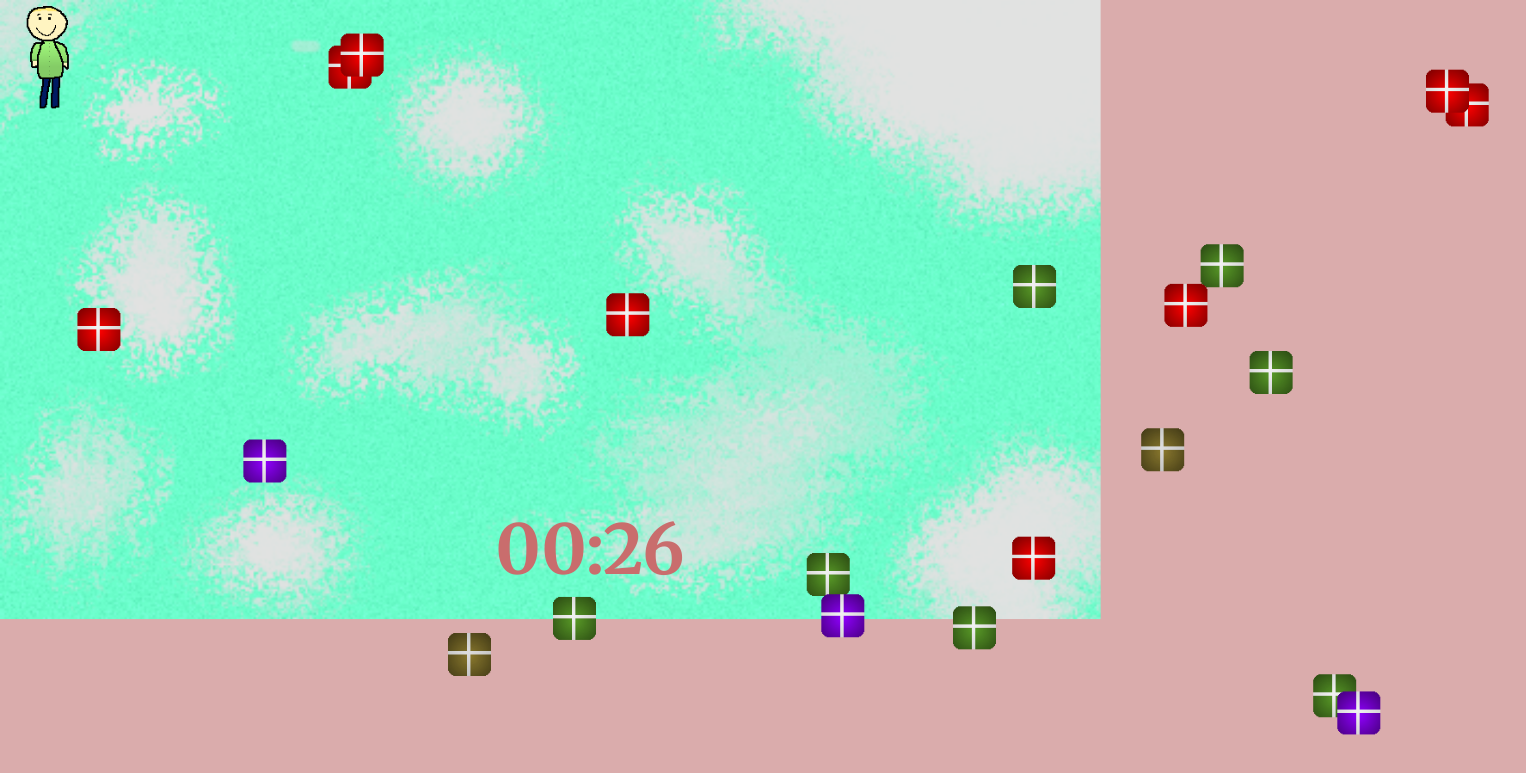
Repository: Evanechecssss/LoveTest
Page: game/level1.html
An editor plug-in stored every save of this project. The page is shown before and after the next save, followed by the edit.
The browser window is 1280 px wide. The page is 1774 px wide, so the pictures cover 1774 px, including what lies to the right of the window. The pictures show the whole page, at 86% of full size.

Above is the page before, as saved 2021-12-30 15:51:12.

### game/level1.html
<!DOCTYPE html>
<html lang="ru" dir="auto" prefix="og: http://ogp.me/ns#">

<head>
    <meta charset="utf-8">
    <script src="https://unpkg.com/konva@8.3.1/konva.min.js"></script>
    <script src="https://unpkg.com/gifler@0.1.0/gifler.min.js"></script>
    <title>Oshi game</title>
    <link rel="preconnect" href="https://fonts.googleapis.com">
    <link rel="preconnect" href="https://fonts.gstatic.com" crossorigin>
    <link
        href="https://fonts.googleapis.com/css2?family=Merriweather:ital,wght@0,300;0,400;0,700;0,900;1,300;1,400;1,700;1,900&display=swap"
        rel="stylesheet">
    <meta property="og:title" content="Окно игры" />
    <meta property="og:type" content="article" />
    <meta property="og:url" content="https://evanechecssss.github.io/LoveTest/game/level1.html" />
    <meta property="og:image" content="https://evanechecssss.github.io/assets/images/banner_logo.png" />
    <meta property="og:site_name" content="Oshi game" />
    <link rel="icon" href="./../assets/images/icon.png" type="image/png">
    <link rel="stylesheet" href="./../assets/css/game.css">
    <meta name="viewport" content="width=device-width, initial-scale=1.0">
    <meta http-equiv="X-UA-Compatible" content="ie=edge">

    <script>
        window.onload = function () {
            document.body.style.display = 'block';
        }
    </script>
</head>


<body>

    <h1 id="timer" class="timer">0:30</h1>

    <div class="canva" id="hero">

    </div>
    <div class="canva" id="presents">

    </div>
    <canvas class="canva" id="game" width="1920" height="1080"></canvas>

    <script type="application/javascript">
        /* Logic */
        var canvas = document.getElementById('game');

        var yPos = 5;
        var xPos = 10;
        var skins = ['./../assets/images/hero/hero.gif', './../assets/images/hero/hero_b.gif', './../assets/images/hero/hero_r.gif', './../assets/images/hero/hero_l.gif']
        var skins_static = ['./../assets/images/hero/hero.png', './../assets/images/hero/hero_b.png', './../assets/images/hero/hero_r.png', './../assets/images/hero/hero_l.png']
        var skin_presents = ['./../assets/images/presents/p1.png', './../assets/images/presents/p2.png', './../assets/images/presents/p3.png', './../assets/images/presents/p4.png']
        var presents = [];
        var d = -1;
        var goal = 20;
        var herodiv = document.getElementById("hero");
        herodiv.style.position = "absolute";
        herodiv.style.left = "0px";
        herodiv.style.top = "0px";
        herodiv.style.width = "100px";
        herodiv.style.height = "100px";
        herodiv.style.color = "blue";
        herodiv.style.zIndex = 3;


        var arrayDivs = []




        var presentOffsetX = 1800;
        var presentOffsetY = 800;


        function getHero() {
            return document.getElementById("hero_img");

        }
        function randomFromInterval(max, min) {
            return Math.floor(Math.random() * max) + min
        }
        /* HANDLERS */
        document.addEventListener('keyup', function (event) {
            if (event.code == 'KeyW' && d != -1) {
                getHero().src = skins_static[d];
                d = -1;
            }
            if (event.code == 'KeyS' && d != -1) {
                getHero().src = skins_static[d];
                d = -1;

            }
            if (event.code == 'KeyA' && d != -1) {
                getHero().src = skins_static[d];
                d = -1;

            }
            if (event.code == 'KeyD' && d != -1) {
                getHero().src = skins_static[d];
                d = -1;

            }
        })
        window.onload = function () {
            timer();
            draw()
        };
        document.addEventListener('keydown', function (event) {

            if (event.code == 'KeyS') {

                moveDown();
            }
            else if (event.code == 'KeyW') {

                moveUp();
            }
            else if (event.code == 'KeyA') {
                moveLeft();
            }
            else if (event.code == 'KeyD') {
                moveRight();
            } else {

            }
        });
        function timer() {
            var sec = 30;
            var timer = setInterval(function () {
                document.getElementById('timer').innerHTML = '00:' + sec;
                sec--;
                if (sec < 0) {
                    clearInterval(timer);
                    setLose()
                }
            }, 1000);
        }
        function setWin() {
            document.location.href = "./win.html"
        }
        function setLose() {
            document.location.reload();
        }
        /*CONTROL*/
        function checkCollision() {

            for (var i in arrayDivs) {
                var left = Number(arrayDivs[i].style.left.replace("px", ""))
                var top = Number(arrayDivs[i].style.top.replace("px", ""))

                if (left - xPos > -19 && left - xPos < 81
                    && top - yPos > 7 && top - yPos < 67
                ) {
                    presents.removeChild(arrayDivs[i])
                    removeItemOnce(arrayDivs, arrayDivs[i])
                    score++;
                    if (score >= goal) {
                        setWin()
                    }
                    break;

                }
            }
        }
        function removeItemOnce(arr, value) {
            var index = arr.indexOf(value);
            if (index > -1) {
                arr.splice(index, 1);
            }
            return arr;
        }
        function moveUp() {
            checkCollision()
            if (yPos < 0) {
                return;
            }
            if (d != 1) {
                d = 1;

                getHero().src = skins[d];


            }
            yPos -= 10;
            herodiv.style.top = yPos + "px";
        }
        function moveDown() {
            checkCollision()

            if (yPos > 800) {
                return;
            }
            if (d != 0) {
                d = 0;
                getHero().src = skins[d];

            }
            yPos += 10;
            herodiv.style.top = yPos + "px";
        }
        function moveRight() {
            checkCollision()

            if (xPos > 1800) {
                return;
            }
            if (d != 2) {
                d = 2;
                getHero().src = skins[d];
            }
            xPos += 10;
            herodiv.style.left = xPos + "px";
        }
        function moveLeft() {
            checkCollision()


            if (xPos < 0) {
                return;
            }
            if (d != 3) {
                d = 3;
                getHero().src = skins[d];

            }
            xPos -= 10;
            herodiv.style.left = xPos + "px";
        }


        /* SPAWNER*/


        var score = 0;


        /* RENDER */

        function draw() {


            var canvas = document.getElementById('game');

            if (canvas.getContext) {
                var ctx = canvas.getContext('2d');
                var bg = new Image();


                bg.addEventListener('load', function () {
                    ctx.drawImage(bg, 0, 0, canvas.width, canvas.height);

                }, false);
                bg.src = './../assets/images/bg.png';

                requestAnimationFrame(draw);

            }

        }


        var presents = document.getElementById("presents");

        function createPresent(n) {
            var prdiv = document.createElement("div")
            prdiv.id = 'prdiv' + n
            prdiv.style.position = "absolute";
            prdiv.style.left = randomFromInterval(1800, 0) + "px";
            prdiv.style.top = randomFromInterval(800, 0) + "px";
            prdiv.style.width = "100px";
            prdiv.style.height = "100px";
            prdiv.style.color = "blue";
            prdiv.style.zIndex = 1;
            presents.appendChild(prdiv);
            var present = new Image();
            present.src = skin_presents[randomFromInterval(skin_presents.length, 0)];
            present.id = "prdiv_img"
            present.crossOrigin = "";
            function loadPresent() {
                document.getElementById("prdiv" + n).appendChild(present);


            }
            present.onload = loadPresent;

            return document.getElementById("prdiv" + n);
        }
        for (var i = 0; i < goal; i++) {
            arrayDivs.push(createPresent(i));
        }


        var hero = new Image();
        hero.src = skins_static[0];
        hero.id = "hero_img"
        hero.crossOrigin = "";
        function loaded() {
            document.getElementById("hero").appendChild(hero);
        }

        hero.onload = loaded;




    </script>
</body>

</html>

### assets/css/game.css
/* BASE */
body {
    width: 100%;
    height: 100%;
    margin: 0;
    font-family: 'Merriweather', serif;
    background: rgb(218, 172, 172);
    font-size: 14pt;
    line-height: 1.6;
    display: flex;
    flex-direction: column;
    justify-content: center;
    overflow: hidden;
}

.main {
    width: 100%;
    height: 100vh;
}

a {
    text-decoration: none;
    color: #D9CFCD;
}

ul {
    list-style: none;
}

*, *:before, *:after {
    box-sizing: border-box;
}

h1, h2, h3, h4, h5, h6 {
    margin: 0;
}

*::selection {
    color: #c96d6d;
}

.main {
    color: #c45656;
}


/* GAME */

.bg {
    position: relative;

    min-width: 100;
    min-height: 100;
    width: 100vh;
    height: 100vw;
}

.canva {
    position: relative;
    height: 100%;
    width: 100%;

}

.timer {

    position: absolute;
    z-index: 200;
    left: 45vw;
    top: 80vh;
    color: #c96d6d;
    font-size: 60pt;
    width: 0px;
    height: 0px;
}

After the next save:
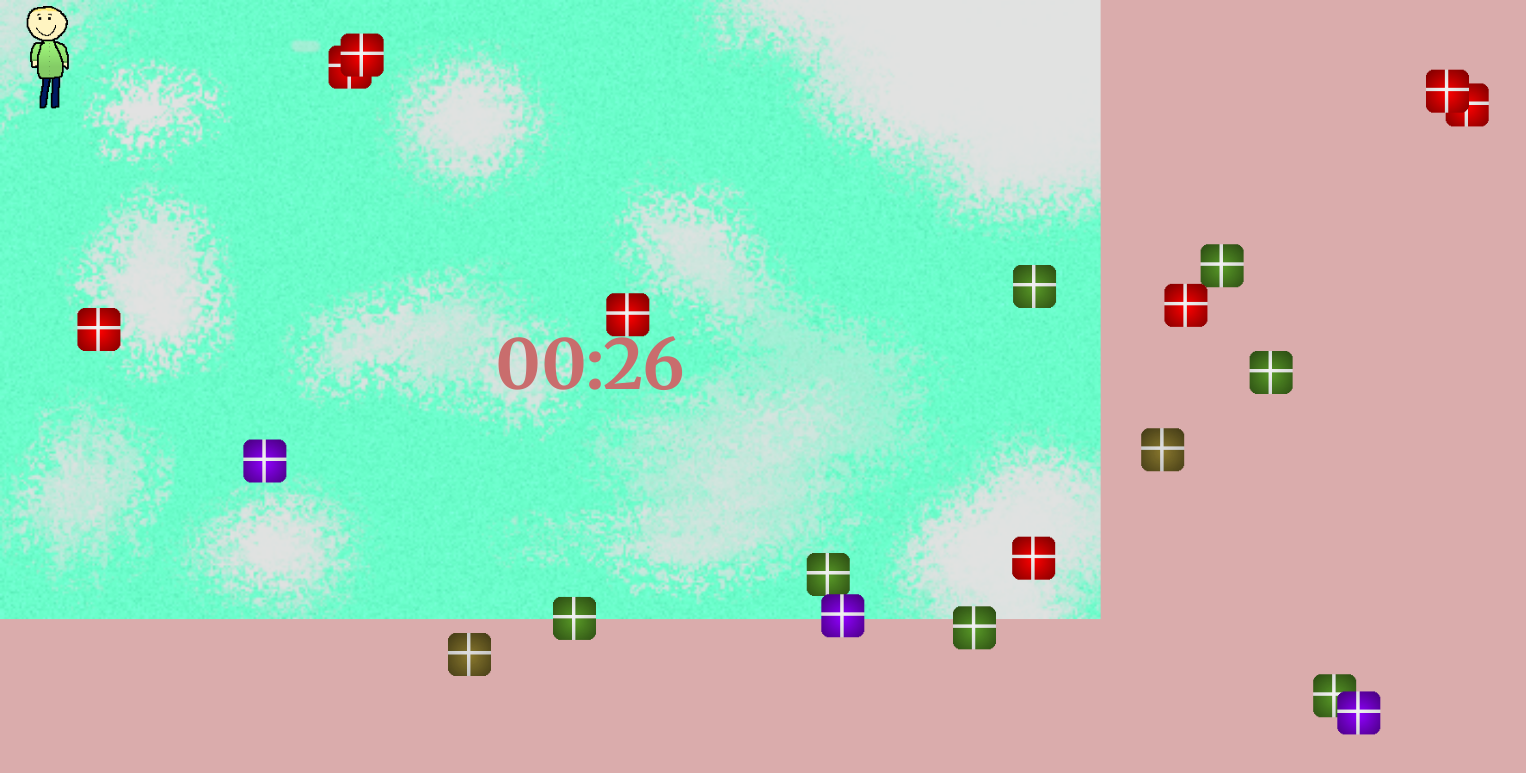
Saved 8 s later.
--- a/assets/css/game.css
+++ b/assets/css/game.css
@@ -67,7 +67,7 @@ h1, h2, h3, h4, h5, h6 {
     position: absolute;
     z-index: 200;
     left: 45vw;
-    top: 80vh;
+
     color: #c96d6d;
     font-size: 60pt;
     width: 0px;
